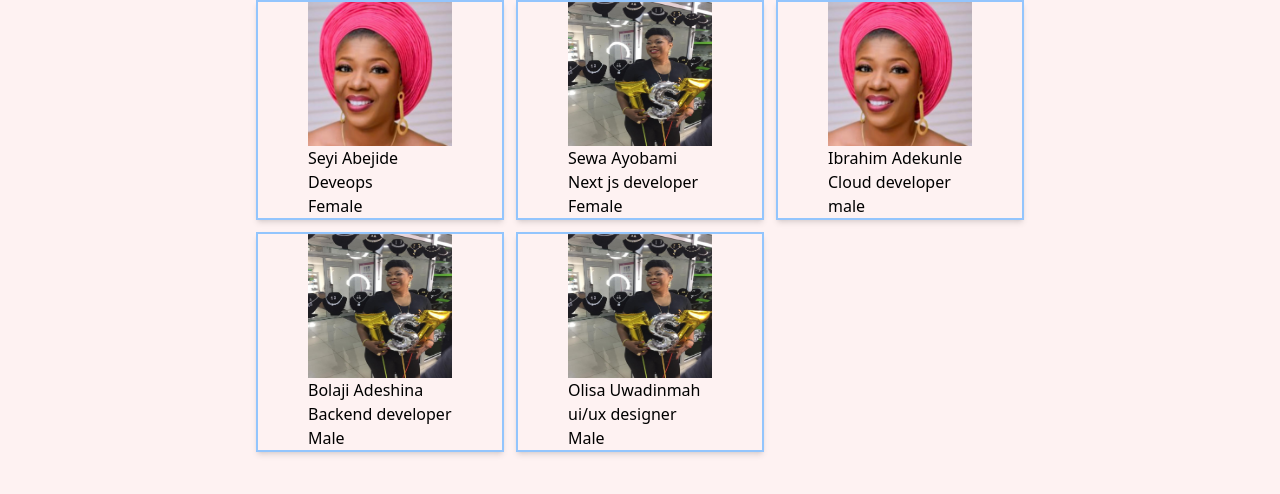
Repository: Semanmernstack/Bincom
Page: /
The author's editor kept a copy of each file at every save. The page is drawn from the files as they stood at one save, then again after the next save.
The browser window is 1280 px wide. The pictures show the whole page.
The project was rebuilt for these pictures with package versions that can differ from the ones it lists, and the page was loaded fresh each time. The framework's server and built-in components were replaced by stand-ins that run in the browser. Also part of the build but not shown: next.config.mjs.

Above is the page before, as saved 2024-01-25 05:30:57.

### app/layout.tsx
import type { Metadata } from "next";
import { Inter } from "next/font/google";
import "./globals.css";

const inter = Inter({ subsets: ["latin"] });

export const metadata: Metadata = {
  title: "Create Next App",
  description: "Generated by create next app",
};

export default function RootLayout({
  children,
}: Readonly<{
  children: React.ReactNode;
}>) {
  return (
    <html lang="en">
      <body className=" min-h-screen bg-red-50">{children}</body>
    </html>
  );
}

### app/page.tsx
import slidefour from "../public/slidefour.png"


import slidethree from "../public/slidethree.png"
import SetUp from "./components/SetUp";


const data = [
  {
    id: "1",
    title: "Seyi Abejide",
    image:"slidefour.png",
    role: "Deveops",
    gender: "Female",

  },
  {
    id: "2",
    title: "Sewa Ayobami",
    image: "slidethree.png",
    role: "Next js developer",
    gender: "Female"

  },
  {
    id: "3",
    title: "Ibrahim Adekunle",
    image:"slidefour.png",
    role: "Cloud developer",
    gender: "male",

  },
  {
    id: "4",
    title: "Bolaji Adeshina",
    image: "slidethree.png",
    role: "Backend developer",
    gender: "Male",

  },
  {
    id: "5",
    title: "Olisa Uwadinmah",
    image: "slidethree.png",
    role: "ui/ux designer",
    gender: "Male",

  },


];



export default function Home() {
  return (
    <main className=" flex flex-col max-w-3xl mx-auto ">
      <div className="grid grid-cols-1 sm:grid-cols-2 md:grid-cols-3 gap-3">
          {data.map((p, index)=> (
              <div className=" border-2 border-blue-300 shadow-md items-center justify-center flex" key={index}>
                <SetUp
                  id={p.id}
                  title={p.title}
                  image={p.image}
                  role={p.role}
                  gender= {p.gender}
                />
              </div>

          ))}


      </div>



    </main>
  );
}

### app/components/SetUp.tsx
import React from 'react'
interface B {
    id: string
    title: string
    image: string
    role: string
    gender: string
}


function SetUp({id, title, image, role, gender}:B) {
  return (
    <div className=' '>
      <img src={image} alt="image" className='h-36 w-36' />
      <div>
        <h1>{title}</h1>
        <div>
          <h2>{role}</h2>
          <h2>{gender}</h2>
        </div>

        <div>

        </div>

      </div>

    </div>
  )
}

export default SetUp

Loaded but not shown: app/globals.css (common file); tailwind.config.ts (common file)

After the next save:
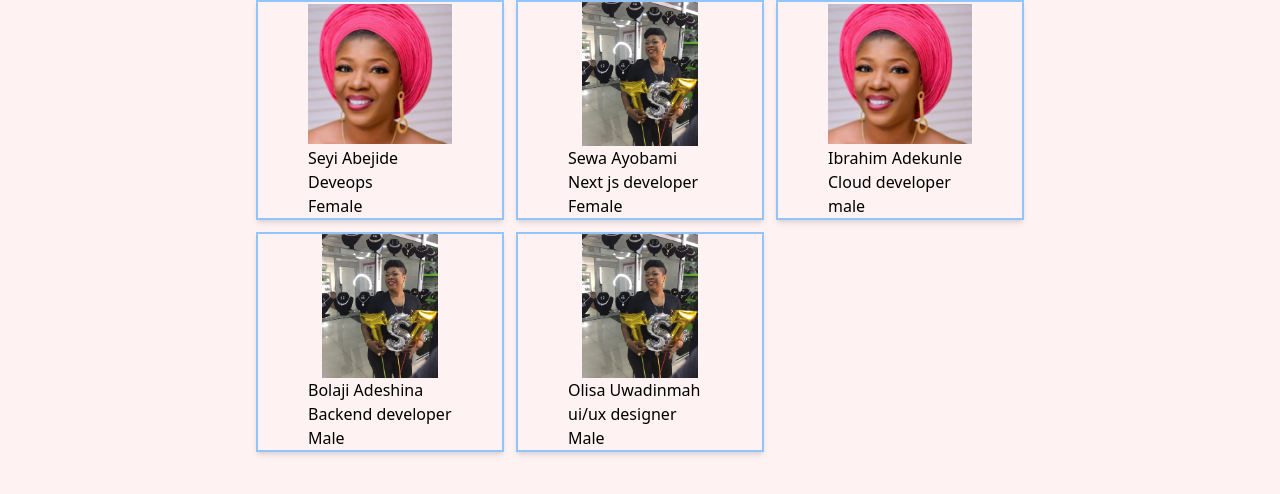
Saved 10 s later.
--- a/app/components/SetUp.tsx
+++ b/app/components/SetUp.tsx
@@ -11,7 +11,7 @@ interface B {
 function SetUp({id, title, image, role, gender}:B) {
   return (
     <div className=' '>
-      <img src={image} alt="image" className='h-36 w-36' />
+      <img src={image} alt="image" className='h-36 w-36 object-contain' />
       <div>
         <h1>{title}</h1>
         <div>
